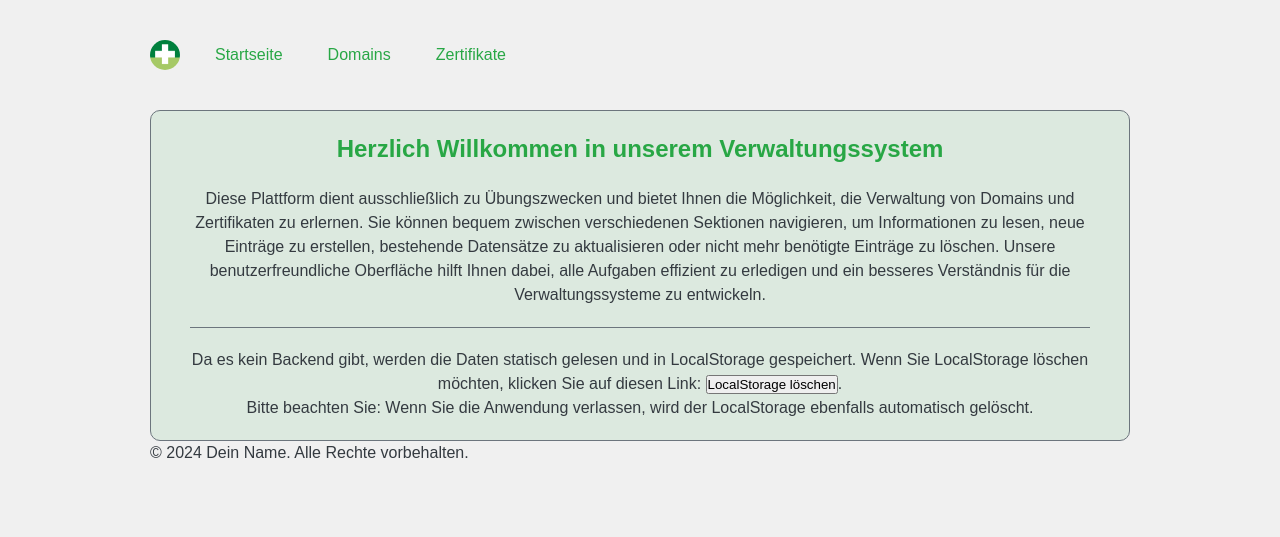
Repository: bajricadmir/verwaltungssystem-vanilla-html-css
Page: index.html
The author's editor kept a copy of each file at every save. The page is drawn from the files as they stood at one save, then again after the next save.
The browser window is 1280 px wide. The pictures show the whole page.

Above is the page before, as saved 2024-10-14 11:49:29.

After the next save:
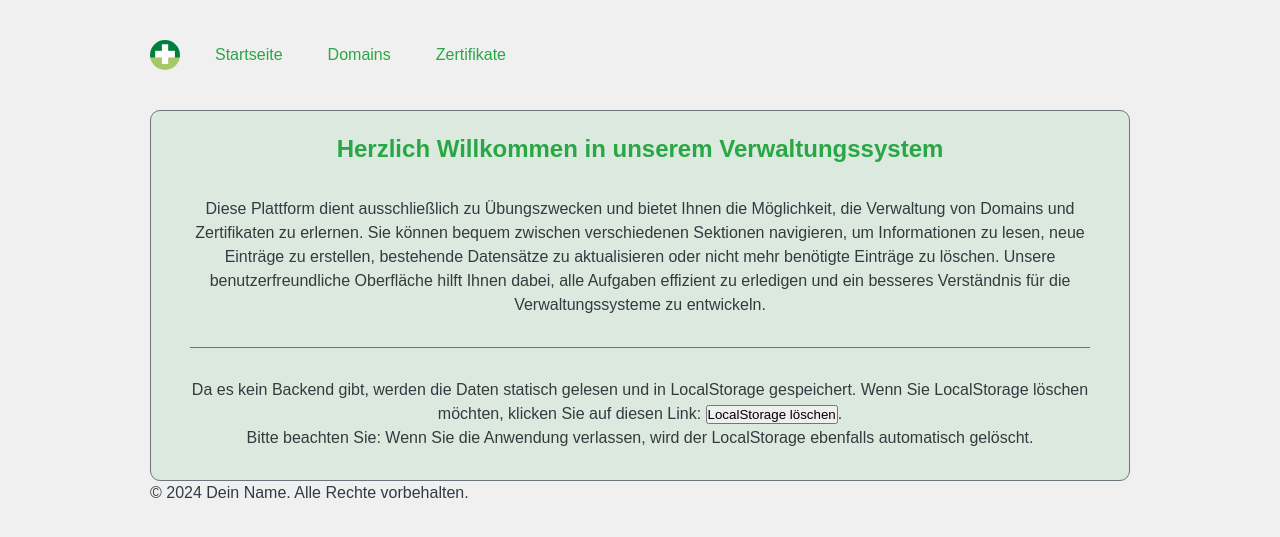
Saved 13 s later.
--- a/style.css
+++ b/style.css
@@ -105,11 +105,11 @@ table {
   padding-bottom: 20px;
 }
 
-.main-content-paragraph {
+.content-paragraph {
   padding: 10px;
 }
 
-section {
+.content-section {
   text-align: center;
 }
 
